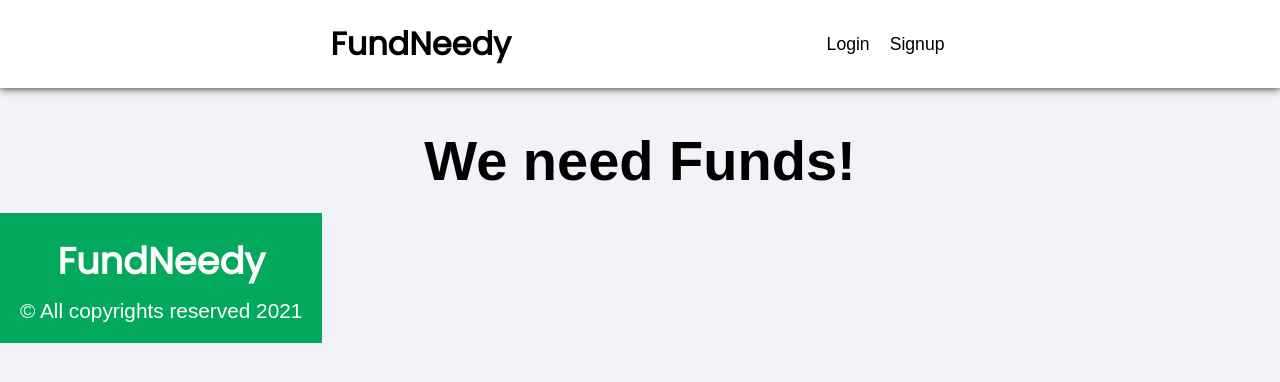
Repository: osdc/codejam
Page: /needies (app in sassy-sandwiches/fund-needy/)
These files come from the project's save history. The page is drawn as it stood at one moment and after the next save; the edit follows.
The browser window is 1280 px wide. The pictures show the whole page.
The project was rebuilt for these pictures with package versions that can differ from the ones it lists, and the page was loaded fresh each time. Also part of the build but not shown: sassy-sandwiches/fund-needy/src/Showcase.css, sassy-sandwiches/fund-needy/src/Showcase.js.

Above is the page before, as saved 2021-01-09 19:26:37.

### sassy-sandwiches/fund-needy/src/App.js
import React from "react";
import "./App.css";
import Navbar from "./Navbar";
import Showcase from "./Showcase";
import Needies from "./Needies";
import Footer from "./Footer";
import { BrowserRouter as Router, Route, Switch } from "react-router-dom";

function App() {
  return (
    <div className="App">
      <Router>
        <Navbar />
        <Switch>
          <Route exact path="/" component={Showcase} />
          <Route path="/needies" component={Needies} />
        </Switch>
        <Footer />
      </Router>
    </div>
  );
}

export default App;

### sassy-sandwiches/fund-needy/src/App.css
* {
  margin: 0;
  padding: 0;
  font-family: Arial, Helvetica, sans-serif;
}

body {
  background-color: #f3f2f8;
}

### sassy-sandwiches/fund-needy/src/Navbar.js
import React from "react";
import "./Navbar.css";

function Navbar() {
  return (
    <div className="navbar">
      <div className="navbar_logo">
        <h1>FundNeedy</h1>
      </div>
      <div className="navbar_login_signup">
        <button>Login</button>
        <button>Signup</button>
      </div>
    </div>
  );
}

export default Navbar;

### sassy-sandwiches/fund-needy/src/Needies.js
import React from "react";
import "./Needies.css";

function Needies() {
  return (
    <div className="needies">
      <div className="needies_headline">
        <h1>We need Funds!</h1>
      </div>
    </div>
  );
}

export default Needies;

### sassy-sandwiches/fund-needy/src/Footer.js
import React from "react";
import "./Footer.css";

function Footer() {
  return (
    <div className="footer">
      <h1>FundNeedy</h1>
      <p>© All copyrights reserved 2021</p>
    </div>
  );
}

export default Footer;

### sassy-sandwiches/fund-needy/src/Navbar.css
@import url("https://fonts.googleapis.com/css2?family=Poppins&display=swap");

.navbar {
  display: flex;
  align-items: center;
  justify-content: space-evenly;
  padding: 20px;
  -webkit-box-shadow: 0px 1px 8px 0px rgba(0, 0, 0, 0.75);
  -moz-box-shadow: 0px 1px 8px 0px rgba(0, 0, 0, 0.75);
  box-shadow: 0px 1px 8px 0px rgba(0, 0, 0, 0.75);
  background-color: #fff;
  /* position: sticky; */
  top: 0;
  z-index: 10000;
}

.navbar_logo > h1 {
  font-family: "Poppins", sans-serif;
}

.navbar_login_signup {
  display: flex;
  align-items: center;
  justify-content: space-between;
}

.navbar_login_signup > button:nth-of-type(1) {
  margin-right: 10px;
}

.navbar_login_signup > button {
  padding: 5px;
  font-size: 1.1rem;
  outline: none;
  border: none;
  background-color: #fff;
  cursor: pointer;
  width: 100%;
}

### sassy-sandwiches/fund-needy/src/Needies.css
.needies_headline > h1 {
  font-size: 3.5rem;
  text-align: center;
  margin-top: 20px;
  padding: 20px;
}

### sassy-sandwiches/fund-needy/src/Footer.css
.footer {
  text-align: center;
  background-color: #02a95c;
  color: #fff;
  padding: 20px;
  position: absolute;

  width: ;
}

.footer > h1 {
  font-size: 2.3rem;
  font-family: "Poppins";
}

.footer > p {
  font-size: 1.3rem;
  font-weight: 400;
  margin-top: 10px;
}

Loaded but not shown: sassy-sandwiches/fund-needy/public/index.html (common file); sassy-sandwiches/fund-needy/src/index.js (common file); sassy-sandwiches/fund-needy/src/index.css (common file)

After the next save:
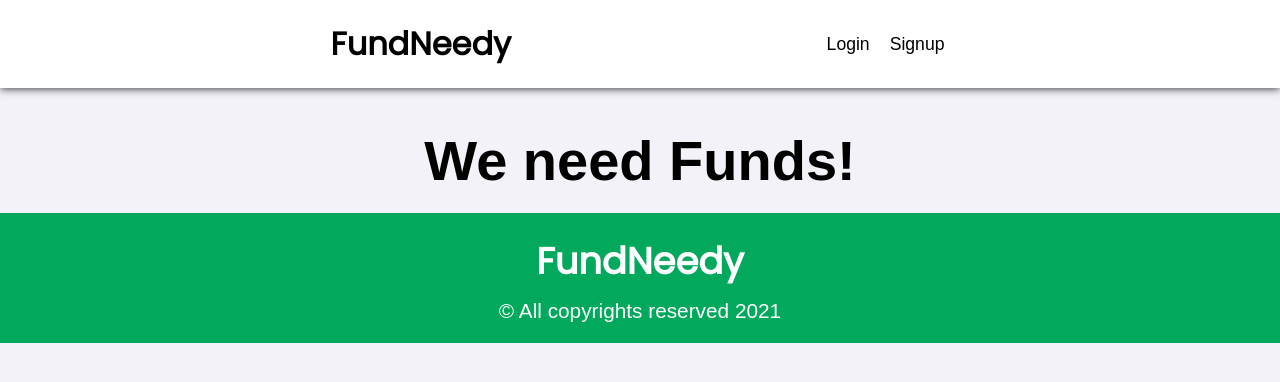
Saved 5 s later.
--- a/sassy-sandwiches/fund-needy/src/Footer.css
+++ b/sassy-sandwiches/fund-needy/src/Footer.css
@@ -3,9 +3,6 @@
   background-color: #02a95c;
   color: #fff;
   padding: 20px;
-  position: absolute;
-
-  width: ;
 }
 
 .footer > h1 {
